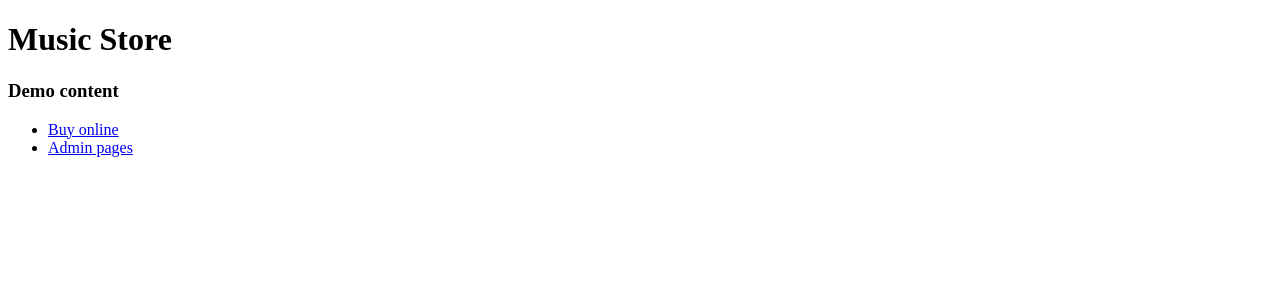
Repository: OnlyLight/Dua_Thu
Page: http://localhost/MusicStore/
The author's editor kept a copy of each file at every save. The page is drawn from the files as they stood at one save, then again after the next save.
The browser window is 1280 px wide. The pictures show the whole page.
The page is served by Tomcat 9. Other server files are loaded and not shown.

Above is the page before, as saved 2018-05-13 03:10:37.

### JavaWeb/MusicStore/src/main/webapp/WEB-INF/views/index.jsp
<%@ page language="java" contentType="text/html; charset=ISO-8859-1"
	pageEncoding="ISO-8859-1"%>
<!DOCTYPE html PUBLIC "-//W3C//DTD HTML 4.01 Transitional//EN" "http://www.w3.org/TR/html4/loose.dtd">
<html>
<head>
<meta http-equiv="Content-Type" content="text/html; charset=ISO-8859-1">
<title>Insert title here</title>
</head>
<body>

	<h1>Music Store</h1>

	<div>
		<h3>Demo content</h3>

		<ul>
			<li><a href="#">Buy online</a></li>
			<li><a href="#">Admin pages</a></li>
		</ul>
	</div>
</body>
</html>

### JavaWeb/MusicStore/src/main/webapp/WEB-INF/views/_header.jsp
<%@ page language="java" contentType="text/html; charset=UTF-8"
	pageEncoding="UTF-8"%>
<%@ taglib uri="http://java.sun.com/jsp/jstl/core" prefix="c"%>

<div class="header-container">

	<div class="site-name">Online Shop</div>

	<div class="header-bar">
		Hello
	</div>
</div>

After the next save:
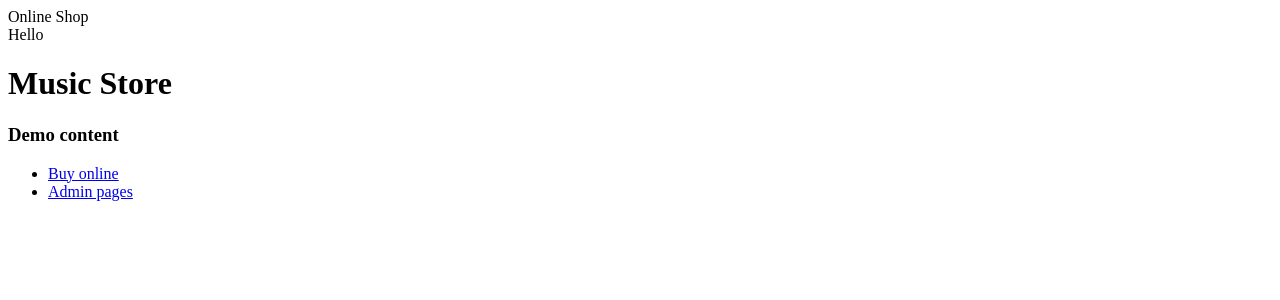
Saved 62 s later.
--- a/JavaWeb/MusicStore/src/main/webapp/WEB-INF/views/index.jsp
+++ b/JavaWeb/MusicStore/src/main/webapp/WEB-INF/views/index.jsp
@@ -8,6 +8,7 @@
 </head>
 <body>
 
+	<jsp:include page="_header.jsp"></jsp:include>
 	<h1>Music Store</h1>
 
 	<div>
